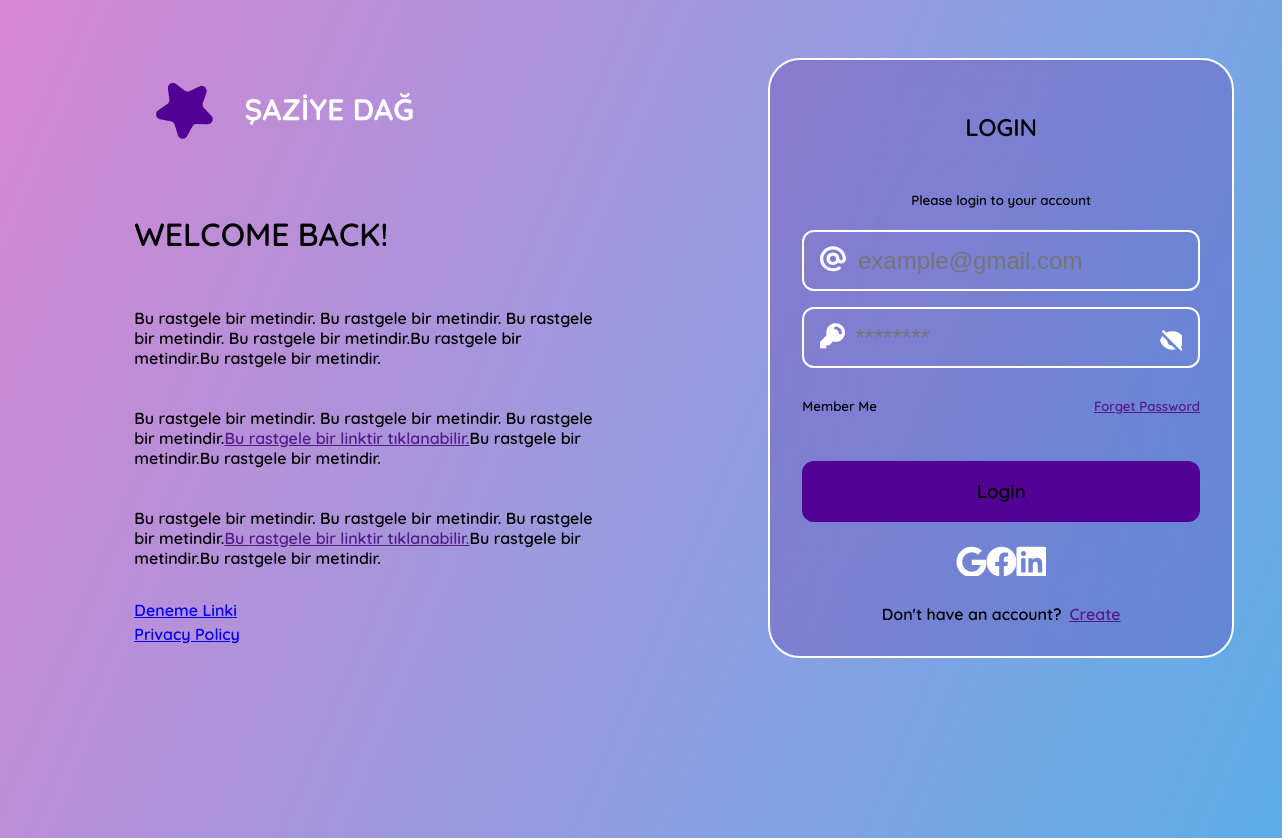
Repository: szydag/login
Page: /
These files come from the project's save history. The page is drawn as it stood at one moment and after the next save; the edit follows.
The browser window is 1280 px wide. The page is 1282 px wide, so the pictures cover 1282 px, including what lies to the right of the window. The pictures show the whole page.
The project was rebuilt for these pictures with package versions that can differ from the ones it lists, and the page was loaded fresh each time. Also part of the build but not shown: src/assets/svgr/unhiddenIcon/index.js.

Above is the page before, as saved 2023-11-02 00:11:47.

After the next save:
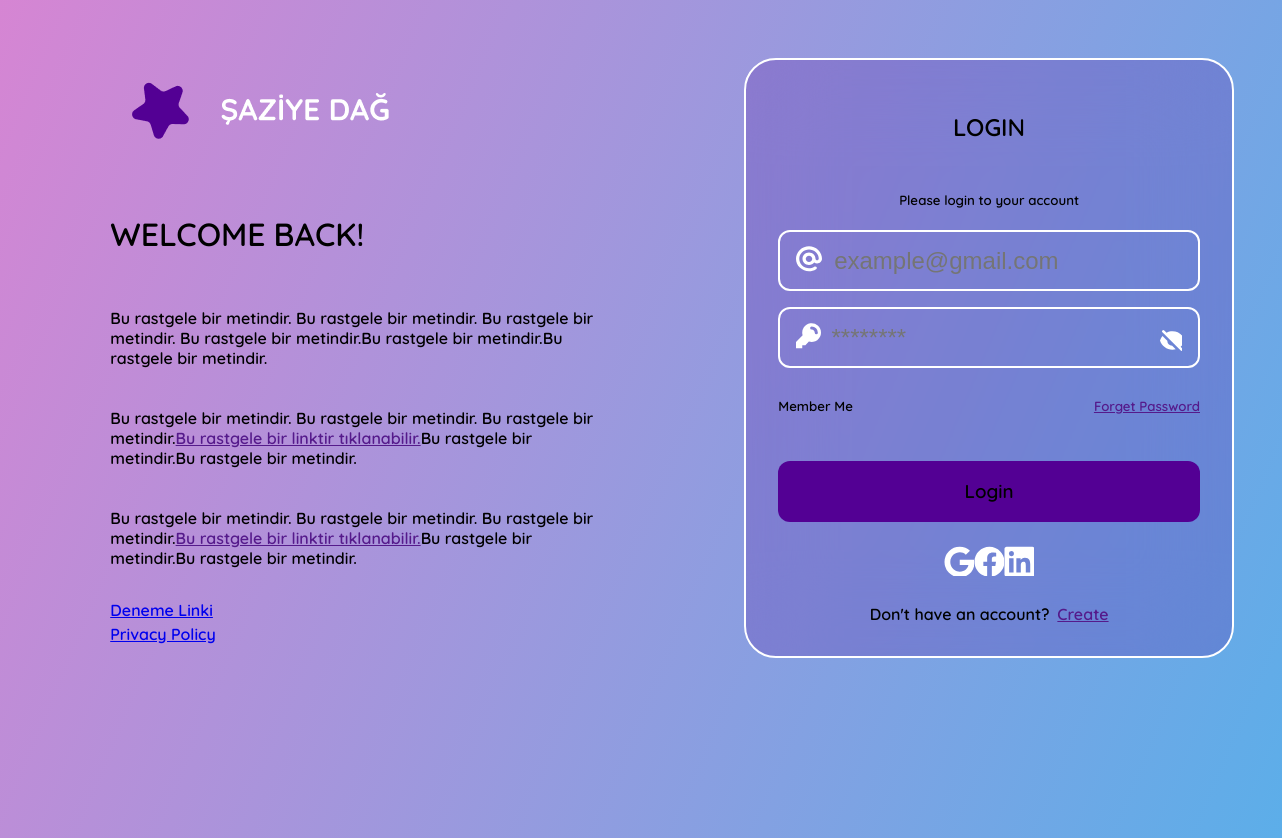
Saved 10 s later.
--- a/src/app/pages/login/style.js
+++ b/src/app/pages/login/style.js
@@ -47,7 +47,7 @@ const useStyles = createUseStyles({
         flexDirection: 'column',
         justifyContent: 'center',
         alignItems: 'center',
-        padding: '0 8%',
+        padding: '0 6%',
     },
     promotionTexts: {
         display: 'flex',
